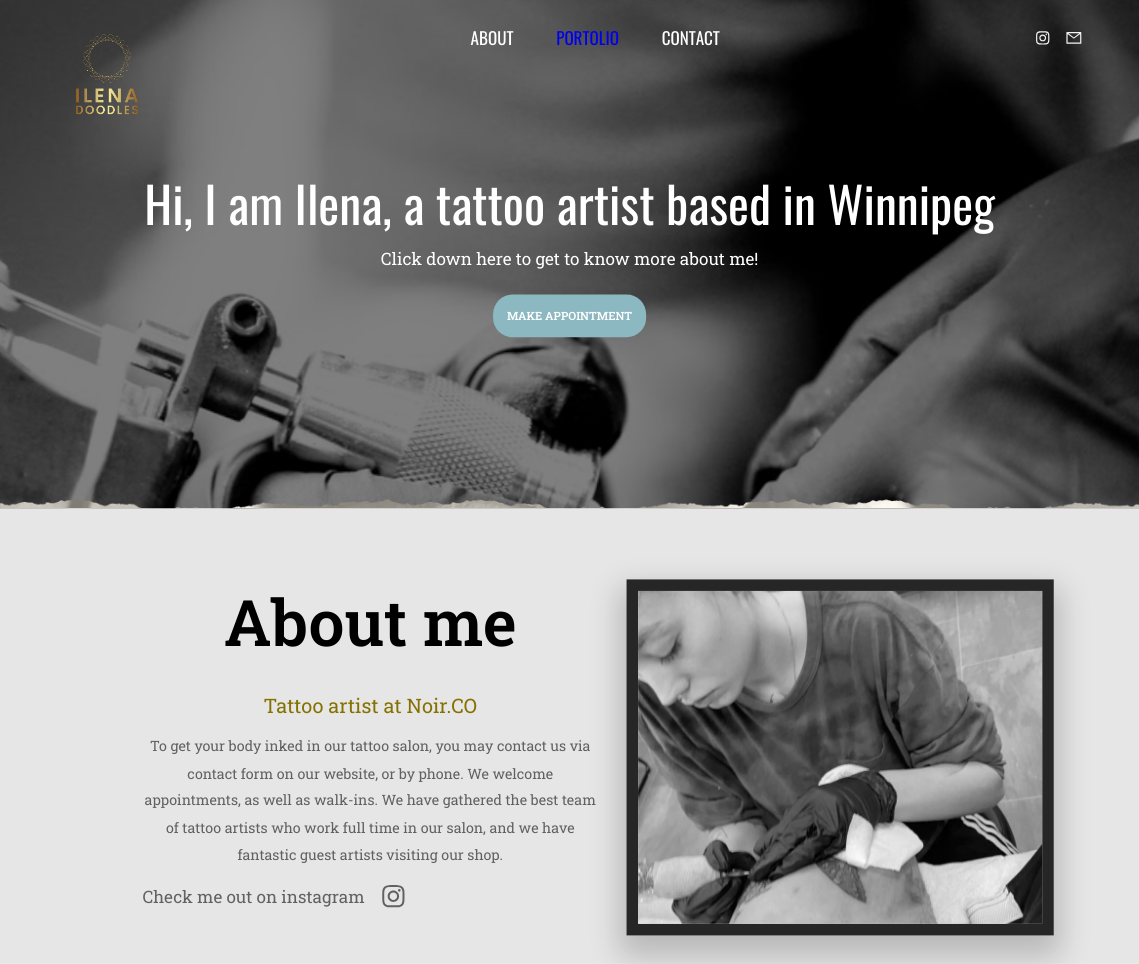
Repository: Leoka2000/Ilena
Page: /
These files come from the project's save history. The page is drawn as it stood at one moment and after the next save; the edit follows.
The browser window is 1280 px wide. The pictures show the whole page, at 89% of full size.
Some web fonts or font styles are not loaded; a fallback is used. The project was rebuilt for these pictures with package versions that can differ from the ones it lists, and the page was loaded fresh each time. Also part of the build but not shown: src/pages/portfolio/portfolio-hero.css, src/pages/portfolio/portfolio-hero.js.

Above is the page before, as saved 2023-03-03 22:52:59.

After the next save:
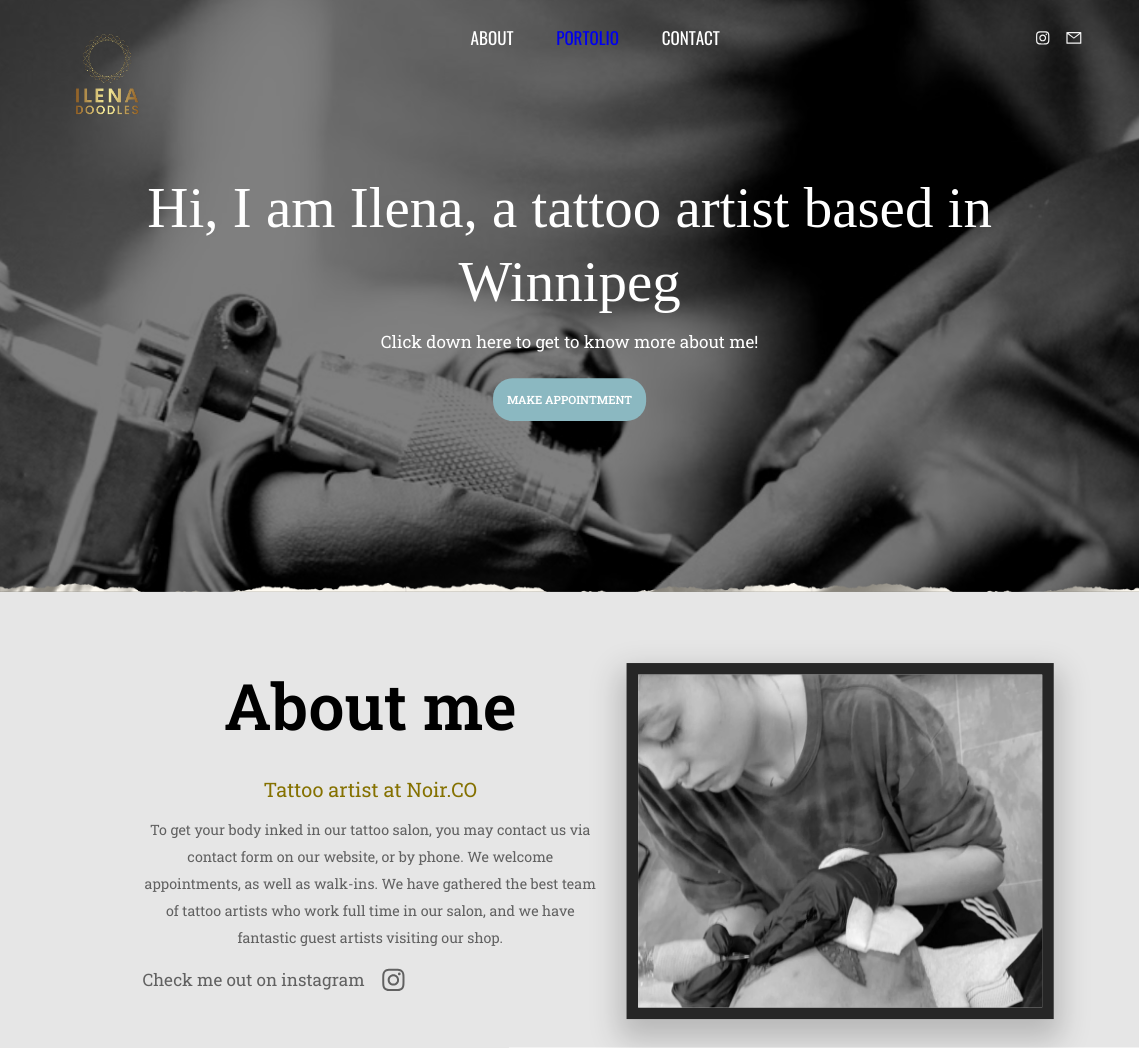
Saved 6 s later.
--- a/src/pages/hero/hero.css
+++ b/src/pages/hero/hero.css
@@ -41,13 +41,12 @@ background: url(../../assets/brand/overlay-bottom.png);
 
 .hero-section > h1 {
   font-family: 'Gloock', serif;
-  font-size: 3.5rem;
+  font-size: 4rem;
   width: 80%;
   filter: brightness(100%);
   color: rgb(255, 255, 255);
   line-height: 1.3;
-  font-weight: 100;
-  font-family: 'Oswald', sans-serif;
+
 }
 
 .hero-section > p {
